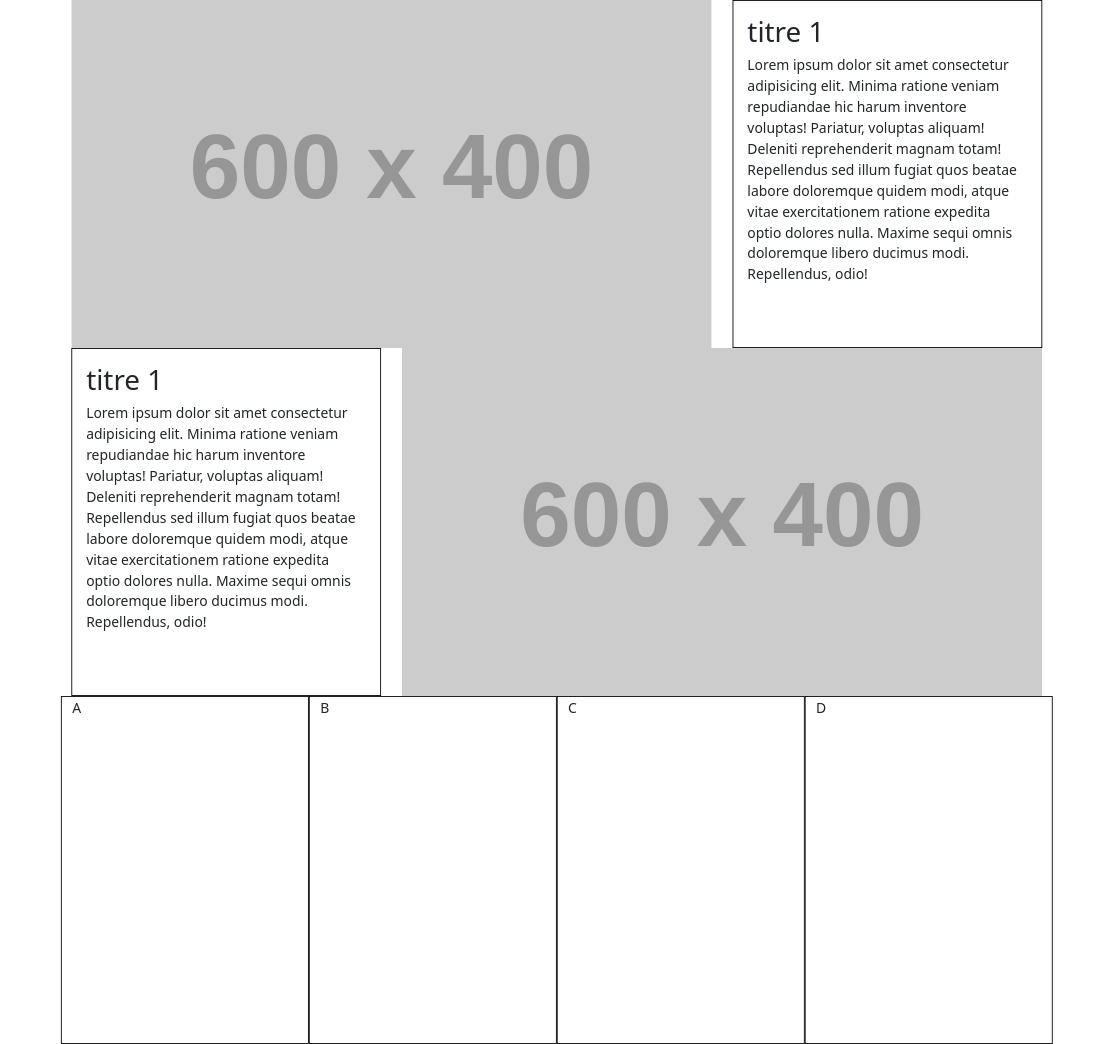
Repository: fbansept/ran3_24_jeu
Page: correction-tp.html
The author's editor kept a copy of each file at every save. The page is drawn from the files as they stood at one save, then again after a run of saves.
The browser window is 1280 px wide. The pictures show the whole page, at 87% of full size.

Above is the page before, as saved 2024-10-22 14:47:14.

### correction-tp.html
<!DOCTYPE html>
<html lang="en">
  <head>
    <meta charset="UTF-8" />
    <meta name="viewport" content="width=device-width, initial-scale=1.0" />
    <title>Document</title>

    <link
      href="https://cdn.jsdelivr.net/npm/bootstrap@5.3.3/dist/css/bootstrap.min.css"
      rel="stylesheet"
      integrity="sha384-QWTKZyjpPEjISv5WaRU9OFeRpok6YctnYmDr5pNlyT2bRjXh0JMhjY6hW+ALEwIH"
      crossorigin="anonymous"
    />

    <script
      defer
      src="https://cdn.jsdelivr.net/npm/bootstrap@5.3.3/dist/js/bootstrap.bundle.min.js"
      integrity="sha384-YvpcrYf0tY3lHB60NNkmXc5s9fDVZLESaAA55NDzOxhy9GkcIdslK1eN7N6jIeHz"
      crossorigin="anonymous"
    ></script>

    <link rel="stylesheet" href="style.css" />
  </head>
  <body class="container">
    <section>
      <div class="row">
        <img
          class="col-md-6 col-lg-8"
          src="https://placehold.co/600x400"
          alt=""
        />
        <article class="col-md-6 col-lg-4">
          <div>
            <h2>titre 1</h2>
            <p>
              Lorem ipsum dolor sit amet consectetur adipisicing elit. Minima
              ratione veniam repudiandae hic harum inventore voluptas! Pariatur,
              voluptas aliquam! Deleniti reprehenderit magnam totam! Repellendus
              sed illum fugiat quos beatae labore doloremque quidem modi, atque
              vitae exercitationem ratione expedita optio dolores nulla. Maxime
              sequi omnis doloremque libero ducimus modi. Repellendus, odio!
            </p>
          </div>
        </article>
      </div>
      <div class="row flex-md-row-reverse ">
        <img
          class="col-md-6 col-lg-8"
          src="https://placehold.co/600x400"
          alt=""
        />
        <article class="col-md-6 col-lg-4">
          <div>
            <h2>titre 1</h2>
            <p>
              Lorem ipsum dolor sit amet consectetur adipisicing elit. Minima
              ratione veniam repudiandae hic harum inventore voluptas! Pariatur,
              voluptas aliquam! Deleniti reprehenderit magnam totam! Repellendus
              sed illum fugiat quos beatae labore doloremque quidem modi, atque
              vitae exercitationem ratione expedita optio dolores nulla. Maxime
              sequi omnis doloremque libero ducimus modi. Repellendus, odio!
            </p>
          </div>
        </article>
      </div>
    </section>
    <section class="row row-cols-1 row-cols-md-2 row-cols-lg-4">
      <article class="col"><span>A</span></article>
      <article class="col"><span>B</span></article>
      <article class="col"><span>C</span></article>
      <article class="col"><span>D</span></article>
    </section>
  </body>
</html>

### style.css
section > div > img,
section > article,
section > div > article {
  height: 400px;
}

section > article,
section > div > article > div {
  border: 1px solid black;
}

section > div > article > div {
  height: 100%;
  padding: 1em;
}

section > div > img {
  object-fit: cover;
}

/* section > div:nth-child(even) {
  flex-direction: row-reverse;
} */

After the next 5 saves:
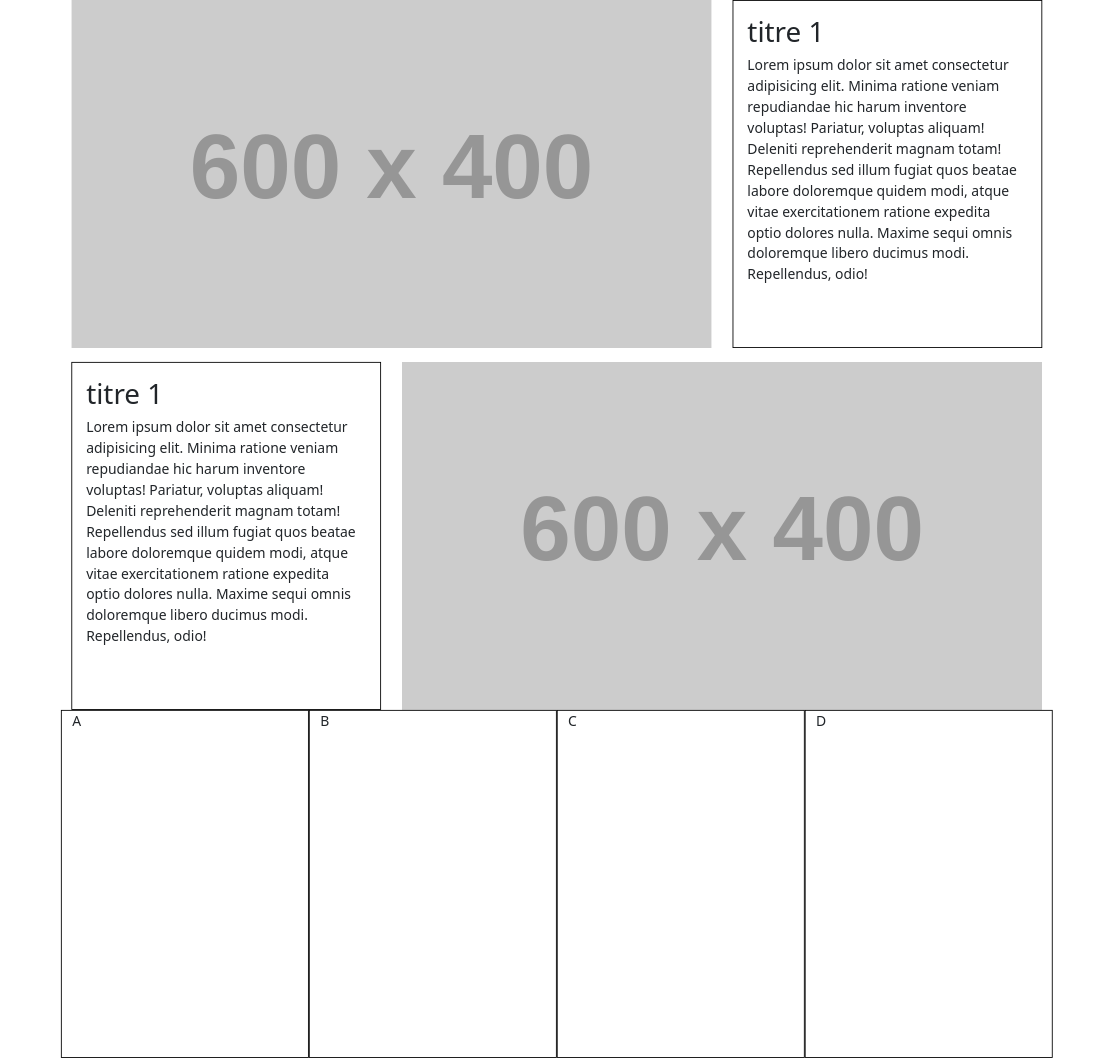
The 5 saves are shown as one change because they came seconds apart.
The last was saved 12 s later.
--- a/correction-tp.html
+++ b/correction-tp.html
@@ -43,7 +43,7 @@
           </div>
         </article>
       </div>
-      <div class="row flex-md-row-reverse ">
+      <div class="row flex-md-row-reverse mt-3">
         <img
           class="col-md-6 col-lg-8"
           src="https://placehold.co/600x400"
